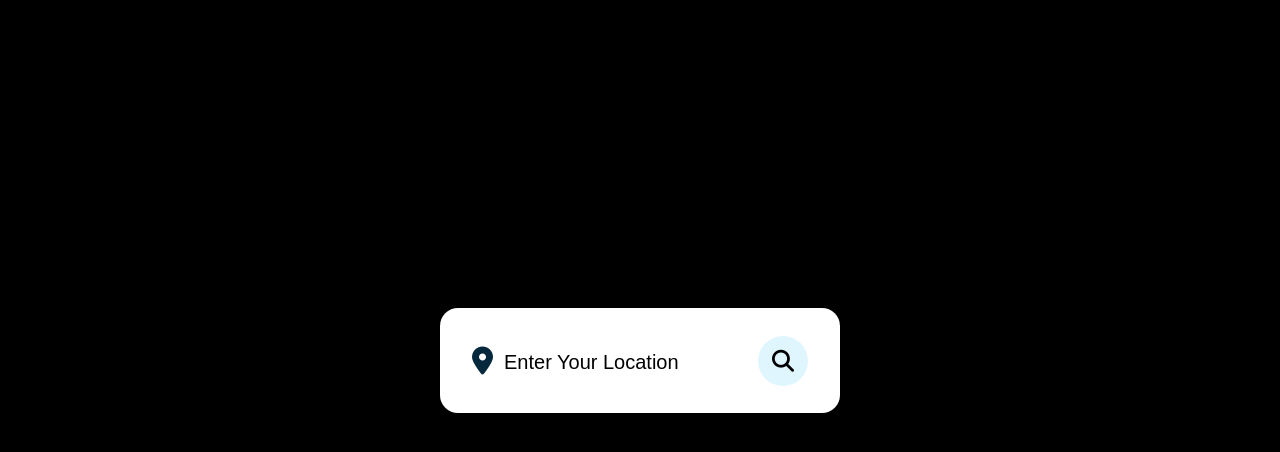
Repository: Pr1s0n3r627/weather
Page: index.html
An editor plug-in stored every save of this project. The page is shown before and after the next save, followed by the edit.
The browser window is 1280 px wide. The pictures show the whole page.
Some web libraries are served in a nearby version.

Above is the page before, as saved 2024-05-19 00:12:06.

After the next save:
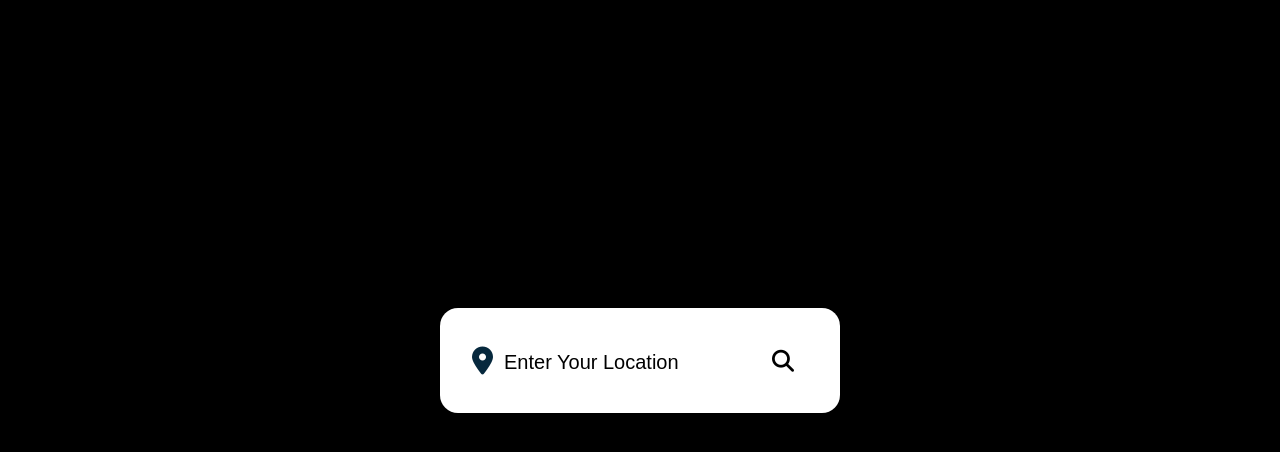
Saved 4 s later.
--- a/style.css
+++ b/style.css
@@ -55,7 +55,7 @@ body{
     width: 50px;
     height: 50px;
     color: #000000;
-    background: #dff6ff;
+    background: #ffffff;
     border-radius: 50%;
     font-size: 22px;
     transition: 0.4s ease;
